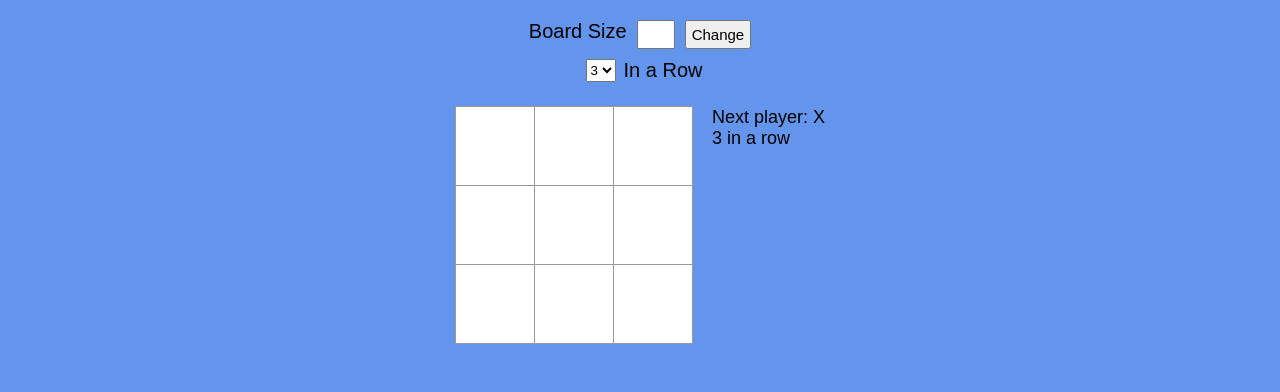
Repository: yshong211/tic-tac-toe-0708
Page: /
These files come from the project's save history. The page is drawn as it stood at one moment and after the next save; the edit follows.
The browser window is 1280 px wide. The pictures show the whole page.
The project was rebuilt for these pictures with package versions that can differ from the ones it lists, and the page was loaded fresh each time.

Above is the page before, as saved 2020-07-09 10:11:35.

After the next save:
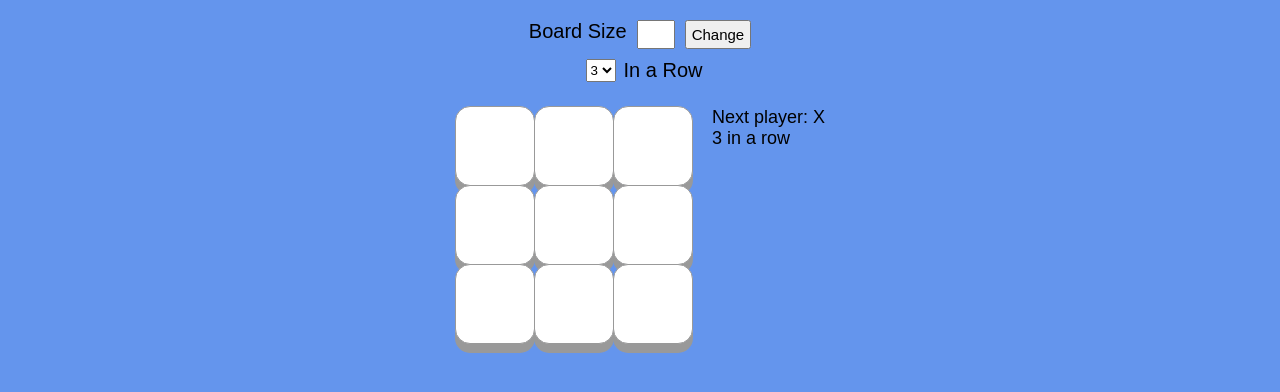
Saved 6 s later.
--- a/src/components/square/square.css
+++ b/src/components/square/square.css
@@ -13,7 +13,7 @@
   padding: 0;
   text-align: center;
   width: 80px;
-  border
+  border-radius: 15px;
   box-shadow: 0 9px #999;
 }
 
